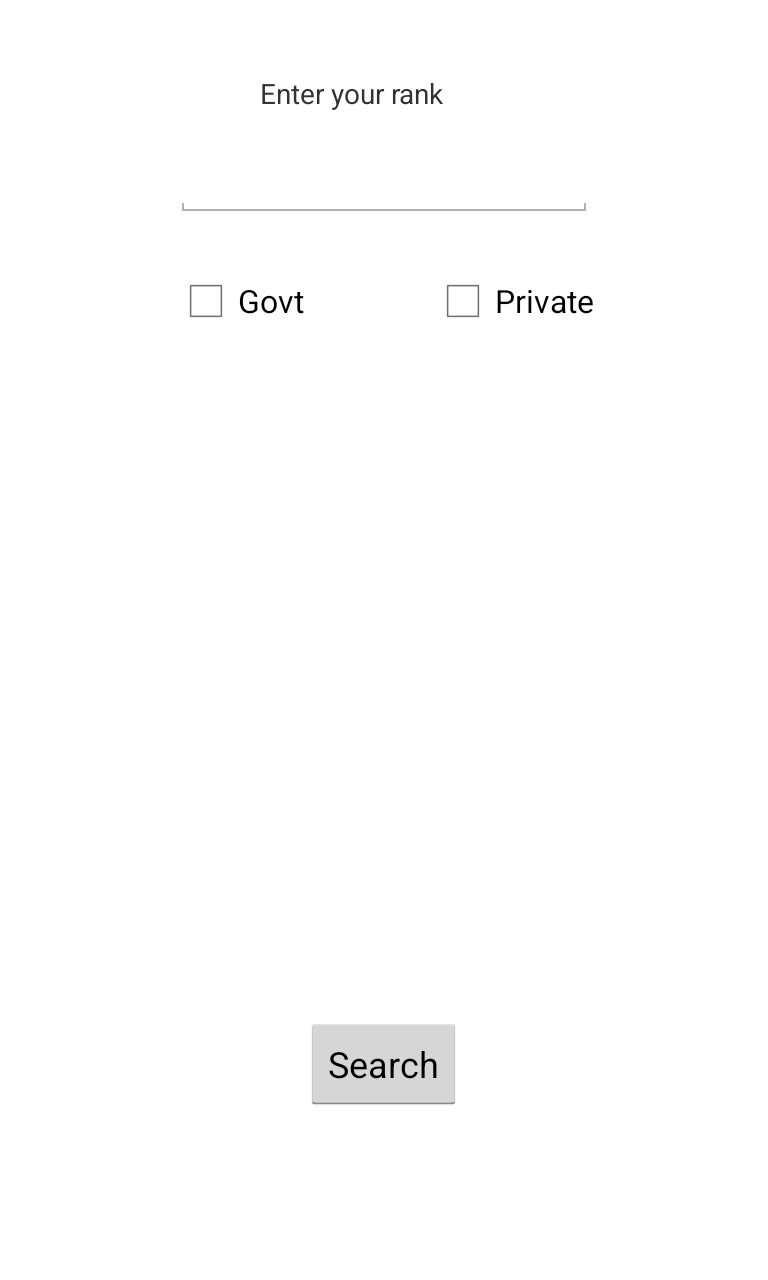
Repository: sandeepsas/Keam360
Layout: KEAM360/res/layout/activity_main.xml
An editor plug-in stored every save of this project. The layout is shown before and after the next save, followed by the edit.
It is drawn on a 768 x 1280 px phone screen (xhdpi) without system bars, with theme AppTheme; the app's code is not run.

Above is the layout before, as saved 2015-08-02 18:22:09.

### KEAM360/res/layout/activity_main.xml
<RelativeLayout xmlns:android="http://schemas.android.com/apk/res/android"
    xmlns:tools="http://schemas.android.com/tools"
    android:layout_width="match_parent"
    android:layout_height="match_parent"
    android:paddingBottom="@dimen/activity_vertical_margin"
    android:paddingLeft="@dimen/activity_horizontal_margin"
    android:paddingRight="@dimen/activity_horizontal_margin"
    android:paddingTop="@dimen/activity_vertical_margin"
    tools:context="com.sandeepsas.keam360.MainActivity" >

    <TextView
        android:id="@+id/textView1"
        android:layout_width="wrap_content"
        android:layout_height="wrap_content"
        android:layout_alignLeft="@+id/editText1"
        android:layout_alignParentTop="true"
        android:layout_marginLeft="43dp"
        android:layout_marginTop="21dp"
        android:text="Enter your rank" />

    <EditText
        android:id="@+id/editText1"
        android:layout_width="wrap_content"
        android:layout_height="wrap_content"
        android:layout_below="@+id/textView1"
        android:layout_centerHorizontal="true"
        android:layout_marginTop="14dp"
        android:ems="10" />

    <CheckBox
        android:id="@+id/checkBox1"
        android:layout_width="wrap_content"
        android:layout_height="wrap_content"
        android:layout_alignLeft="@+id/editText1"
        android:layout_below="@+id/editText1"
        android:layout_marginTop="25dp"
        android:text="Govt" />

    <CheckBox
        android:id="@+id/checkBox2"
        android:layout_width="wrap_content"
        android:layout_height="wrap_content"
        android:layout_alignBaseline="@+id/checkBox1"
        android:layout_alignBottom="@+id/checkBox1"
        android:layout_alignRight="@+id/editText1"
        android:text="Private" />

    <Button
        android:id="@+id/button1"
        android:layout_width="wrap_content"
        android:layout_height="wrap_content"
        android:layout_alignParentBottom="true"
        android:layout_centerHorizontal="true"
        android:layout_marginBottom="68dp"
        android:text="Search" />

    <LinearLayout>

        <RadioGroup>

            <RadioButton
                android:id="@+id/radioButton1"
                android:layout_width="wrap_content"
                android:layout_height="wrap_content"
                android:layout_alignLeft="@+id/checkBox1"
                android:layout_centerVertical="true"
                android:text="SM" />

            <RadioButton
                android:id="@+id/RadioButton01"
                android:layout_width="wrap_content"
                android:layout_height="wrap_content"
                android:layout_centerVertical="true"
                android:layout_toLeftOf="@+id/checkBox2"
                android:text="BH" />

            <RadioButton
                android:id="@+id/RadioButton02"
                android:layout_width="wrap_content"
                android:layout_height="wrap_content"
                android:layout_centerVertical="true"
                android:layout_marginLeft="28dp"
                android:layout_toRightOf="@+id/button1"
                android:text="EZ" />

            <RadioButton
                android:id="@+id/RadioButton03"
                android:layout_width="wrap_content"
                android:layout_height="wrap_content"
                android:layout_alignRight="@+id/textView1"
                android:layout_below="@+id/RadioButton01"
                android:layout_marginTop="22dp"
                android:text="MU" />
        </RadioGroup>
    </LinearLayout>

</RelativeLayout>

Loaded but not shown: KEAM360/res/values/styles.xml (common file); KEAM360/res/values-v11/styles.xml (common file); KEAM360/res/values-v14/styles.xml (common file); KEAM360/res/values/dimens.xml (common file); KEAM360/res/values-w820dp/dimens.xml (common file)

After the next save:
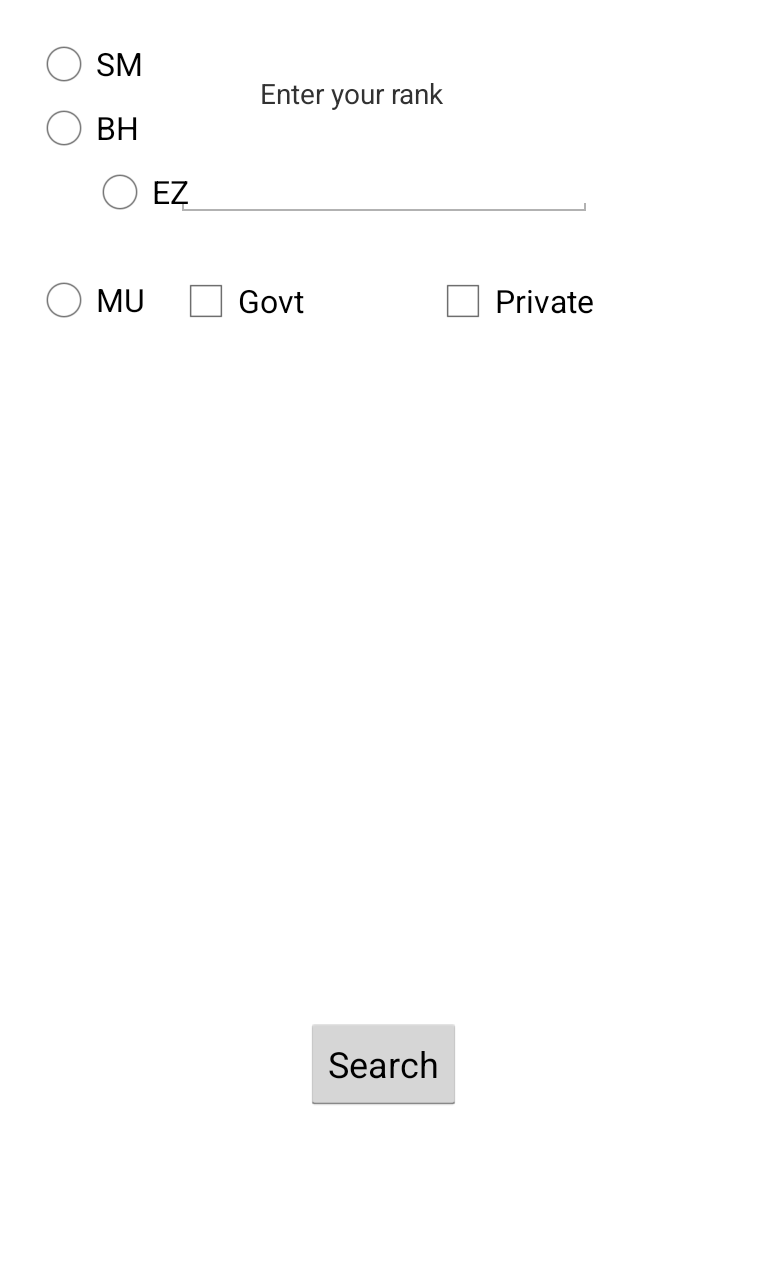
Saved 25 s later.
--- a/KEAM360/res/layout/activity_main.xml
+++ b/KEAM360/res/layout/activity_main.xml
@@ -54,9 +54,13 @@
         android:layout_marginBottom="68dp"
         android:text="Search" />
 
-    <LinearLayout>
+    <LinearLayout
+        android:layout_width="wrap_content"
+        android:layout_height="wrap_content" >
 
-        <RadioGroup>
+        <RadioGroup
+            android:layout_width="wrap_content"
+            android:layout_height="wrap_content" >
 
             <RadioButton
                 android:id="@+id/radioButton1"
